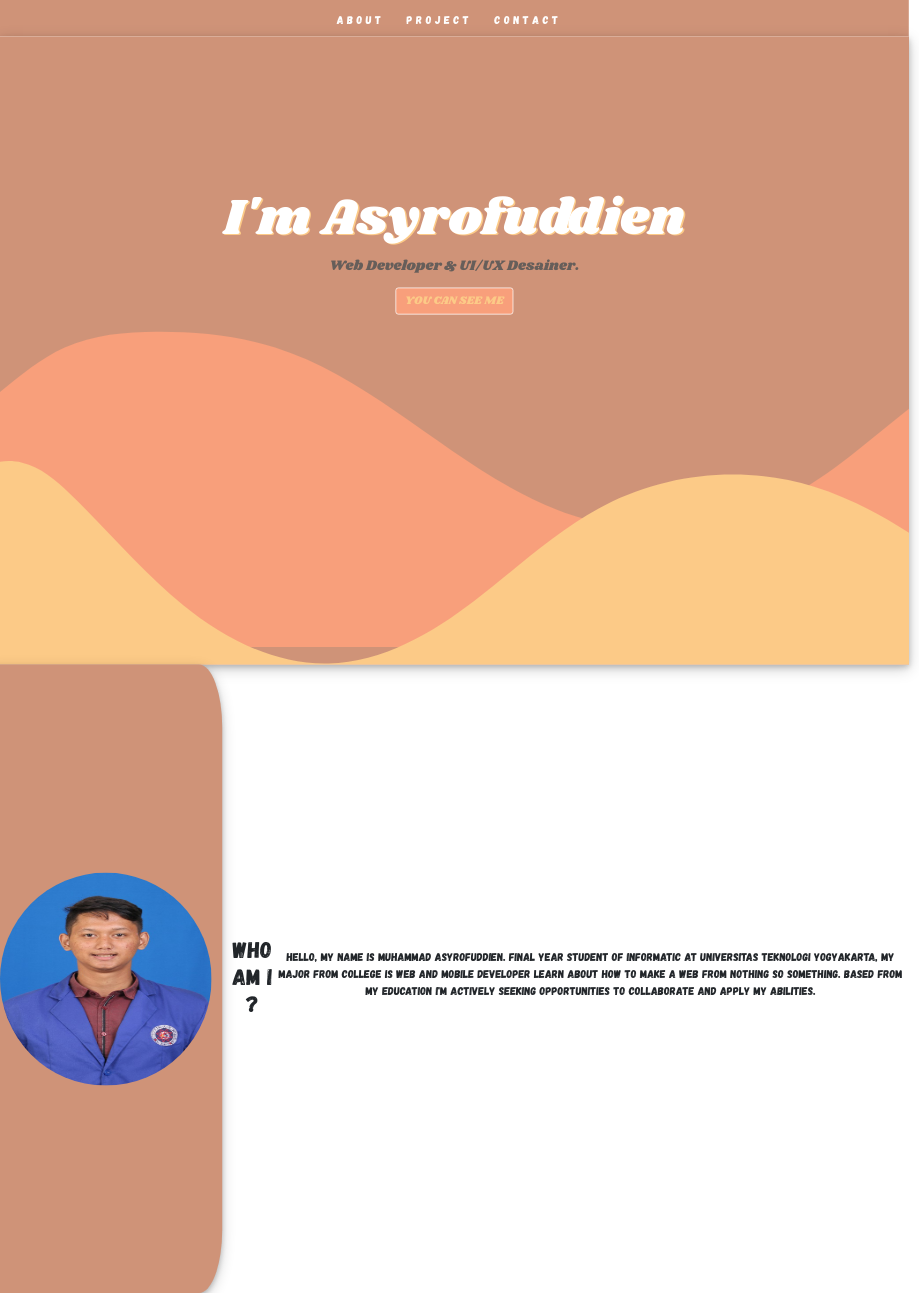
Repository: zetta-muhammad-asyrofuddien/Html-Css-ZettaCAmp
Page: Day1/Portofolio/index.html
These files come from the project's save history. The page is drawn as it stood at one moment and after the next save; the edit follows.
The browser window is 1280 px wide. The page is 1295 px wide, so the pictures cover 1295 px, including what lies to the right of the window. The pictures show the whole page, at 71% of full size.

Above is the page before, as saved 2023-07-06 18:50:06.

After the next save:
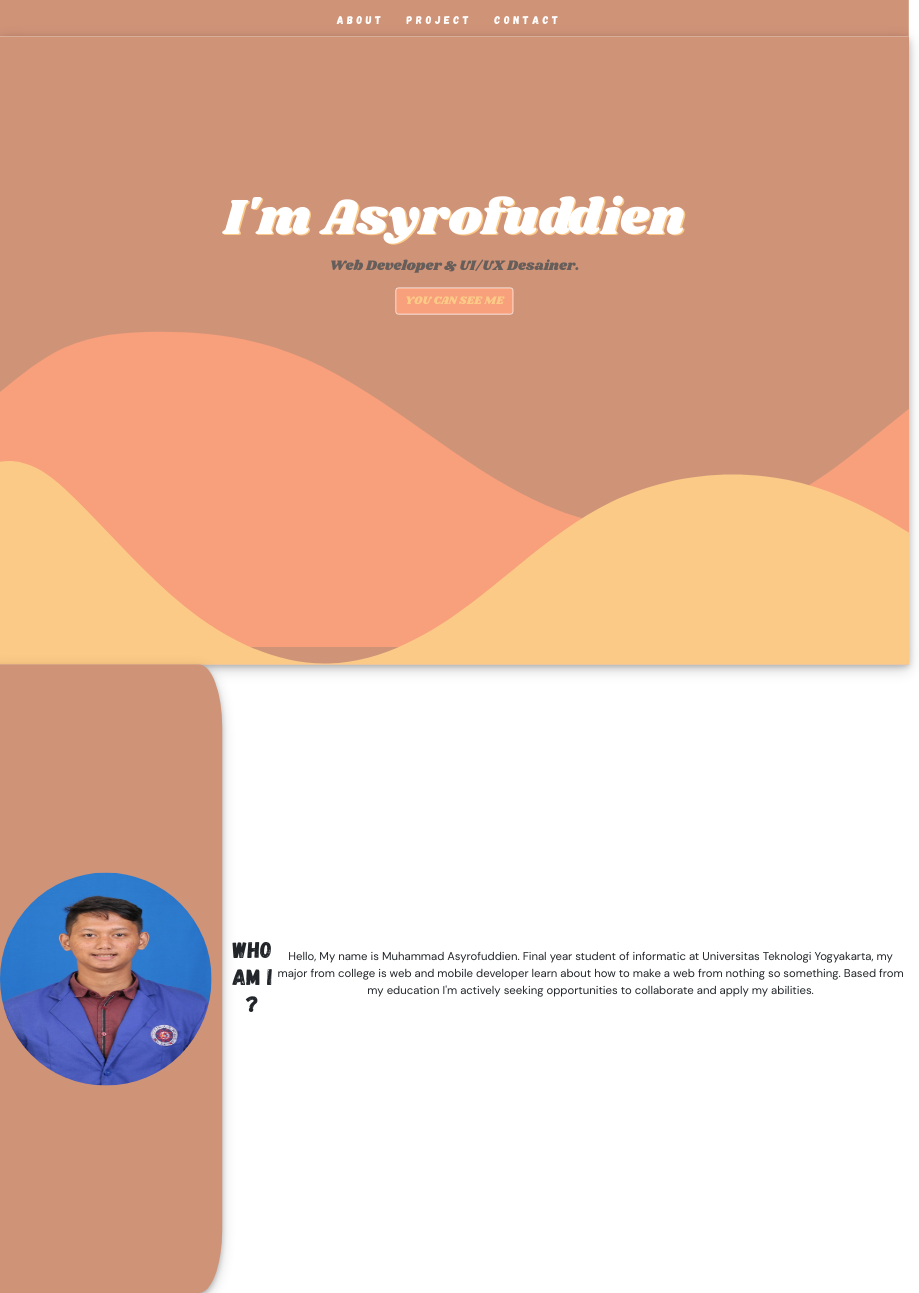
Saved 23 s later.
--- a/Day1/Portofolio/syle.css
+++ b/Day1/Portofolio/syle.css
@@ -82,6 +82,9 @@
   font-family: Gagalin;
   text-align: center;
 }
+.deskripsi-saya {
+  font-family: dmSans;
+}
 /* DESKTOP VERSION */
 @media (min-width: 992px) {
   /* Navbar */
